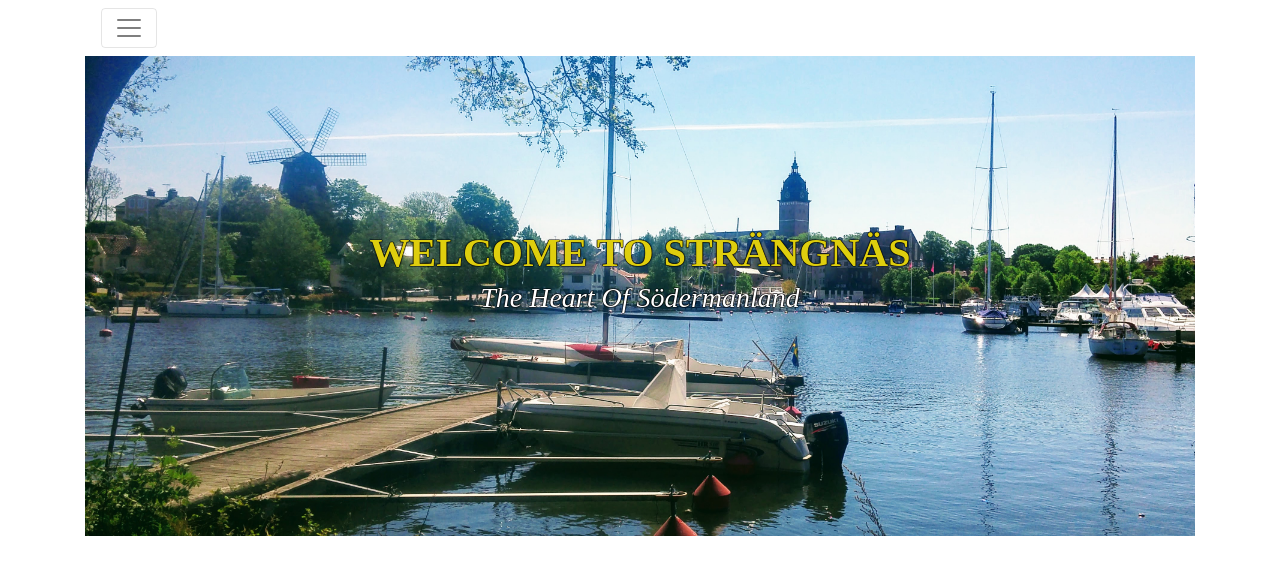
Repository: kososwede/first-project
Page: index.html
The author's editor kept a record of every edit. The page is drawn from the files as they stood at one moment, then again after the next edit.
The browser window is 1280 px wide. The pictures show the whole page.
Some web fonts or font styles are not loaded; a fallback is used.

Above is the page before.

After the next edit:
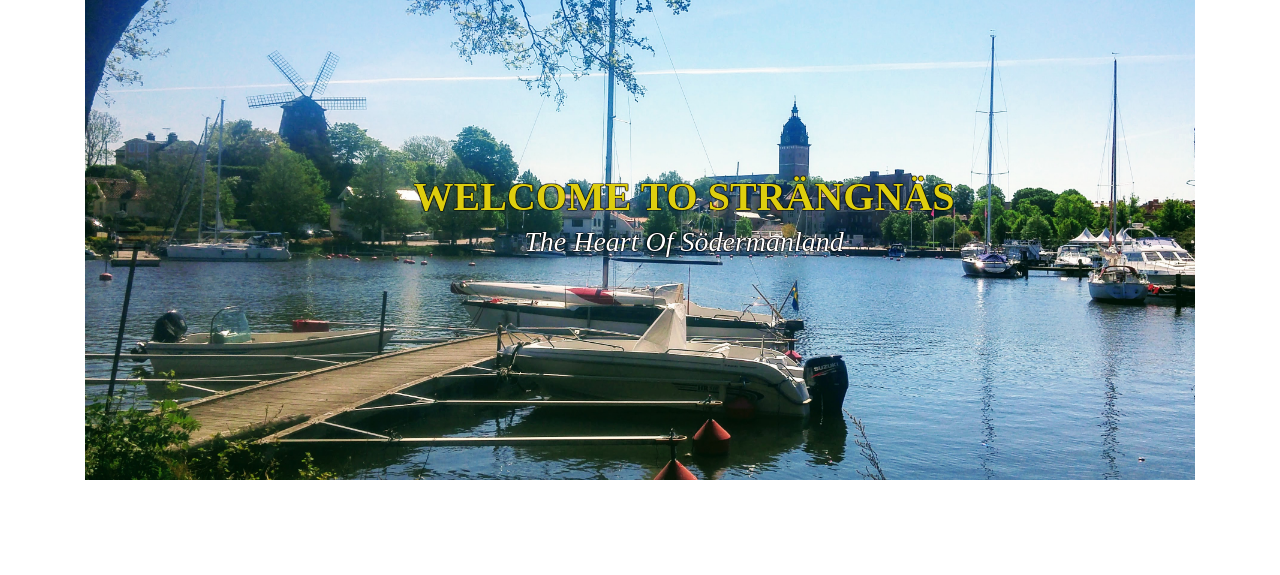
The edit:
--- a/index.html
+++ b/index.html
@@ -14,8 +14,10 @@
 
 <body>
   <!----------------header----------------->
-<!--Navbar-->
 <div class="container">
+<!--/.Navbar-->
+  <header class="masthead d-flex"><!--Navbar-->
+
 <nav class="navbar navbar-light navbar-1 white">
 
   <!-- Navbar brand -->
@@ -46,8 +48,6 @@
   <!-- Collapsible content -->
 
 </nav>
-<!--/.Navbar-->
-  <header class="masthead d-flex">
     <div class="container text-center my-auto">
       <h1 class="mb-1">WELCOME TO STRÄNGNÄS</h1>
       <h3 class="mb-5">
